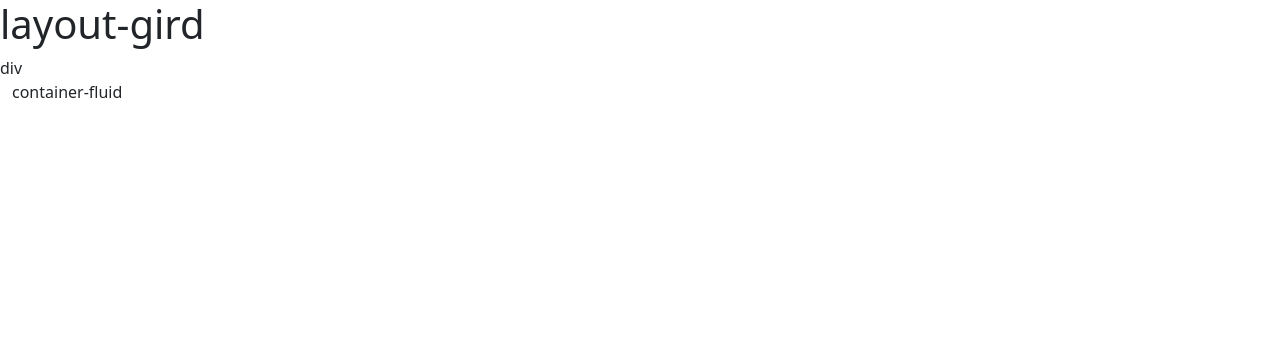
Repository: cvTuananh/Wed-famework
Page: lab05/demo2.html
An editor plug-in stored every save of this project. The page is shown before and after the next save, followed by the edit.
The browser window is 1280 px wide. The pictures show the whole page.

Above is the page before, as saved 2021-09-30 19:24:43.

After the next save:
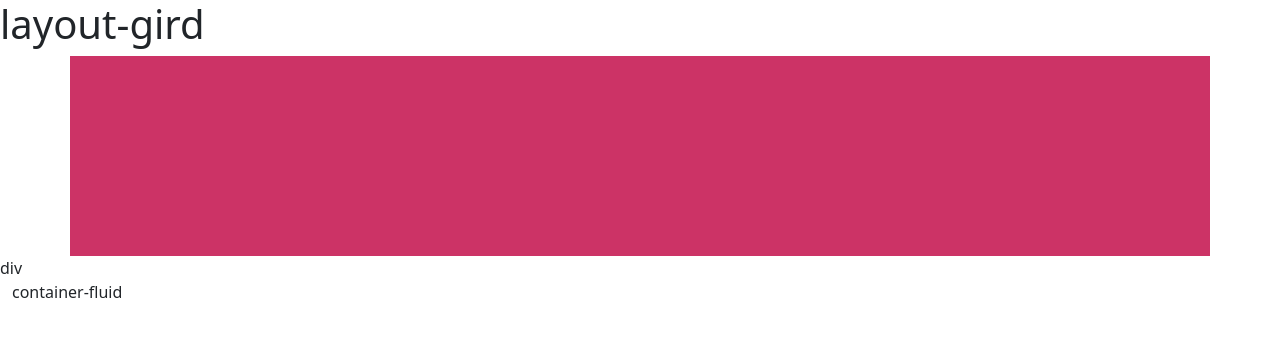
Saved 70 s later.
--- a/lab05/demo2.html
+++ b/lab05/demo2.html
@@ -7,6 +7,13 @@
     <meta name="viewport" content="width=device-width, initial-scale=1.0">
     <title>Demo bootstrap</title>
     <link href="https://cdn.jsdelivr.net/npm/bootstrap@5.1.1/dist/css/bootstrap.min.css" rel="stylesheet" integrity="sha384-F3w7mX95PdgyTmZZMECAngseQB83DfGTowi0iMjiWaeVhAn4FJkqJByhZMI3AhiU" crossorigin="anonymous">
+    <style type="text/css">
+        .container {
+            height: 200px;
+            background-color: #cc3366;
+            color: ##fff;
+        }
+    </style>
 </head>
 
 <body>
